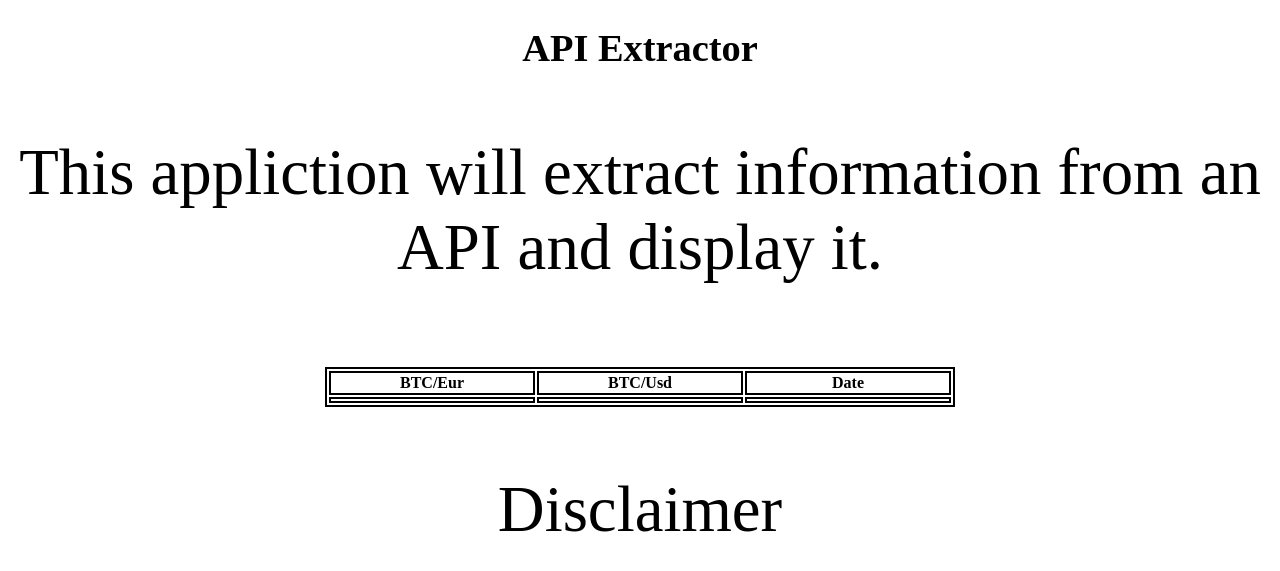
Repository: vxyux/api-extraction
Page: index.html
The author's editor kept a copy of each file at every save. The page is drawn from the files as they stood at one save, then again after a run of saves.
The browser window is 1280 px wide. The pictures show the whole page.
The page's requests for data from a server got no answer.

Above is the page before, as saved 2023-09-05 10:52:38.

### index.html
<!DOCTYPE html>
<html lang="en">
<head>
  <meta charset="UTF-8">
  <meta name="viewport" content="width=device-width, initial-scale=1.0">
  <title>Document</title>
  <link rel="stylesheet" href="stylesheet.css">
  <script src="app.js"></script>
</head>
<body>
  <div class="center">
    <h1>API Extractor</h1>
    <p>This appliction will extract information from an API and display it.</p>
  </div>

  <img src="" id="loading" alt="">

  <table>
  <tr>
    <th>BTC/Eur</th>
    <th>BTC/Usd</th>
    <th>Date</th>
  </tr>
  <tr>
      <td><div class="center" id="rate-eur"></div></td>
      <td><div class="center" id="rate-usd"></div></td>
      <td><div class="center" id="date"></div></td>
    </div>
  </tr>
</table>

  <div class="center">
    <p>Disclaimer</p>
  </div>
</body>
</html>

### stylesheet.css
.center {
  text-align: center;
  font-size: 120%;
}

.center p {
  font-size: 9cqb;
}

table, th, td
{
  border: 1px solid black;
  border-width: 2px;
  margin-left: auto;
  margin-right: auto;
  min-width: 200px;
}

@media screen and (min-width: 600px) {
  table {
    max-width: 10px;
  }
}

### app.js
const api_url = 'https://api.coindesk.com/v1/bpi/currentprice.json';

// return a promise - execute the rest while loading this function
async function getapi(url) {

  const response = await fetch(url);
  var data = await response.json();

  console.log(data);

  if (response) {
    hideloader();
  }
  show(data);
}

getapi(api_url);

function hideloader() {
  document.getElementById('loading').style.display = 'none';
}

function show(data) {
  var rate_eur = data.bpi.EUR.rate;
  var rate_usd = data.bpi.USD.rate;
  var date = data.time.updated;

  document.getElementById('rate-eur').innerHTML =
    '<p>' + rate_eur + '</p>';

  document.getElementById('rate-usd').innerHTML =
    '<p>' + rate_usd + '</p>';

  document.getElementById('date').innerHTML = '<p>' + date + '</p>';
}

After the next 2 saves:
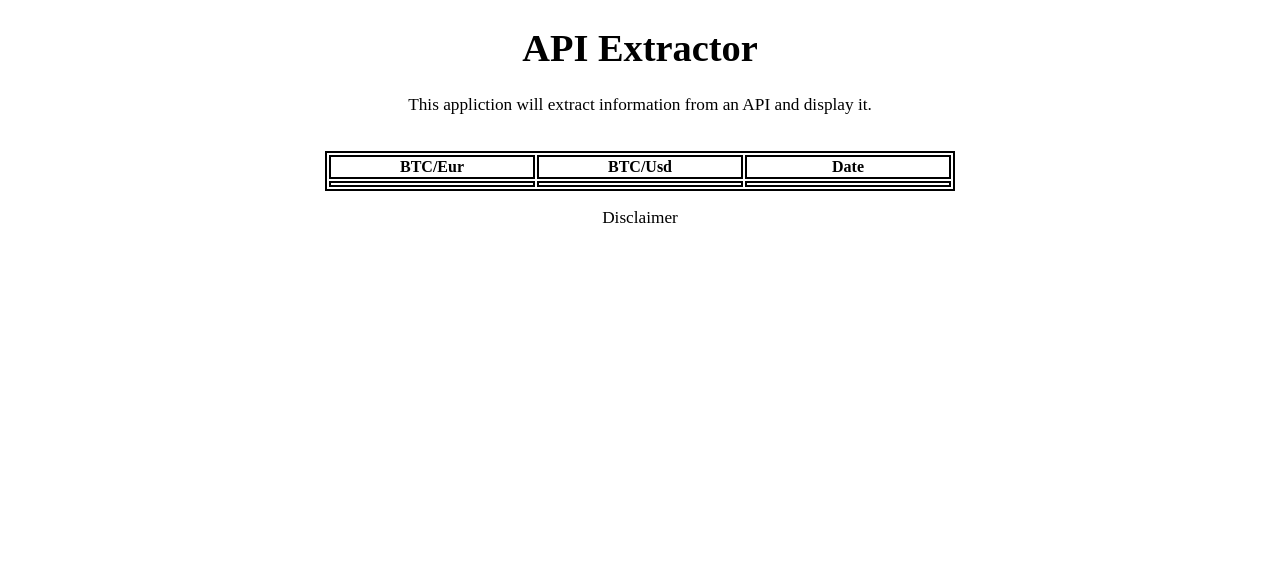
The 2 saves are shown as one change because they came seconds apart.
The last was saved 6 s later.
--- a/stylesheet.css
+++ b/stylesheet.css
@@ -4,7 +4,7 @@
 }
 
 .center p {
-  font-size: 9cqb;
+  font-size: 90%;
 }
 
 table, th, td
